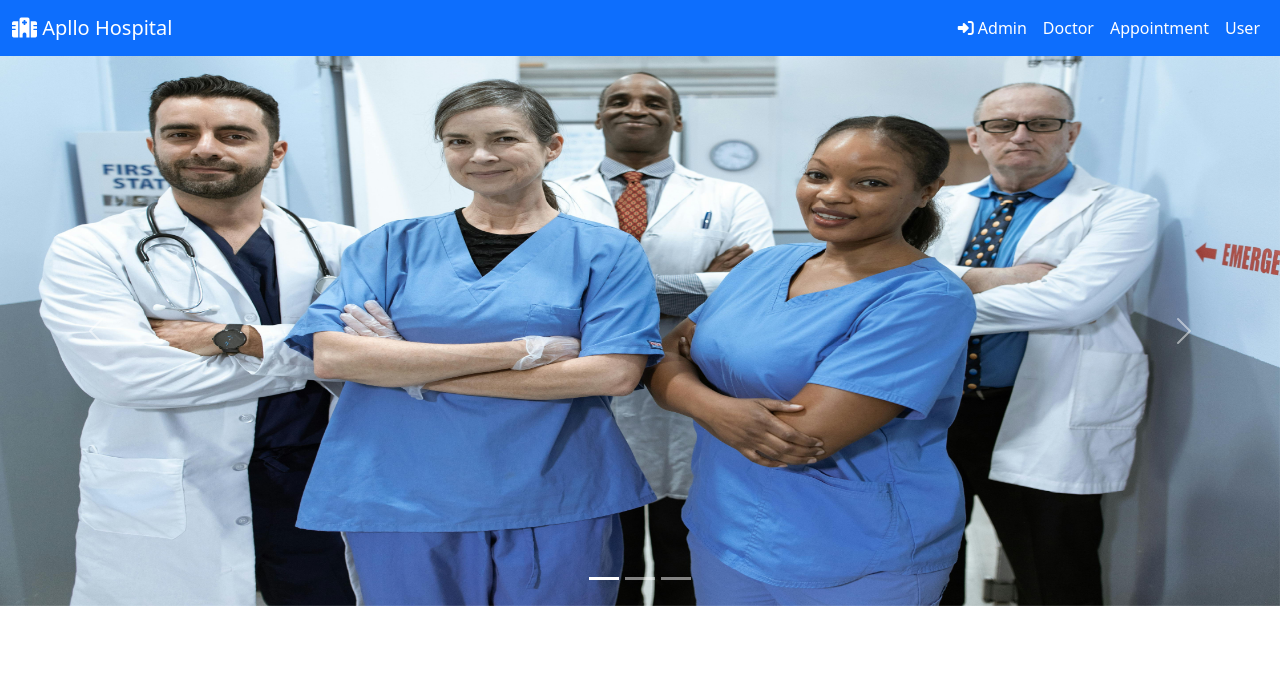
Repository: Subhadip09/Hospital-Management-System
Page: http://localhost/Hospital-Management-System/
An editor plug-in stored every save of this project. The page is shown before and after the next save, followed by the edit.
The browser window is 1280 px wide. The pictures show the whole page.
The page is served by Tomcat 9. Other server files are loaded and not shown.

Above is the page before, as saved 2024-04-05 17:09:38.

### Hospital-Management-System/src/main/webapp/index.jsp
<%@ page language="java" contentType="text/html; charset=UTF-8"
	pageEncoding="UTF-8"%>
<!DOCTYPE html>
<html>
<head>
<meta charset="UTF-8">
<title>Index Page</title>
<%@include file="component/allcss.jsp"%>
</head>
<body>
	<%@include file="component/navbar.jsp"%>
	<div id="carouselExampleIndicators" class="carousel slide">
		<div class="carousel-indicators">
			<button type="button" data-bs-target="#carouselExampleIndicators"
				data-bs-slide-to="0" class="active" aria-current="true"
				aria-label="Slide 1"></button>
			<button type="button" data-bs-target="#carouselExampleIndicators"
				data-bs-slide-to="1" aria-label="Slide 2"></button>
			<button type="button" data-bs-target="#carouselExampleIndicators"
				data-bs-slide-to="2" aria-label="Slide 3"></button>
		</div>
		<div class="carousel-inner">
			<div class="carousel-item active">
				<img src="img/hos1.jpg" class="d-block w-100" alt="..." width="500px" height="550px">
			</div>
			<div class="carousel-item">
				<img src="img/hos2.jpg" class="d-block w-100" alt="..." height="560px">
			</div>
			<div class="carousel-item">
				<img src="img/hos3.jpg" class="d-block w-100" alt="..." height="560px">
			</div>
		</div>
		<button class="carousel-control-prev" type="button"
			data-bs-target="#carouselExampleIndicators" data-bs-slide="prev">
			<span class="carousel-control-prev-icon" aria-hidden="true"></span> <span
				class="visually-hidden">Previous</span>
		</button>
		<button class="carousel-control-next" type="button"
			data-bs-target="#carouselExampleIndicators" data-bs-slide="next">
			<span class="carousel-control-next-icon" aria-hidden="true"></span> <span
				class="visually-hidden">Next</span>
		</button>
	</div>

</body>
</html>

### Hospital-Management-System/src/main/webapp/component/allcss.jsp
<link
	href="https://cdn.jsdelivr.net/npm/bootstrap@5.3.3/dist/css/bootstrap.min.css"
	rel="stylesheet"
	integrity="sha384-QWTKZyjpPEjISv5WaRU9OFeRpok6YctnYmDr5pNlyT2bRjXh0JMhjY6hW+ALEwIH"
	crossorigin="anonymous">

<link rel="stylesheet"
	href="https://cdnjs.cloudflare.com/ajax/libs/font-awesome/6.5.2/css/all.min.css"
	integrity="sha512-SnH5WK+bZxgPHs44uWIX+LLJAJ9/2PkPKZ5QiAj6Ta86w+fsb2TkcmfRyVX3pBnMFcV7oQPJkl9QevSCWr3W6A=="
	crossorigin="anonymous" referrerpolicy="no-referrer" />

<script
	src="https://cdn.jsdelivr.net/npm/bootstrap@5.3.3/dist/js/bootstrap.bundle.min.js"
	integrity="sha384-YvpcrYf0tY3lHB60NNkmXc5s9fDVZLESaAA55NDzOxhy9GkcIdslK1eN7N6jIeHz"
	crossorigin="anonymous"></script>

### Hospital-Management-System/src/main/webapp/component/navbar.jsp
<nav class="navbar navbar-expand-lg navbar-dark bg-primary">
	<div class="container-fluid">
		<a class="navbar-brand" href="index.jsp"><i class="fa-solid fa-hospital"></i> Apllo Hospital</a>
		<button class="navbar-toggler" type="button" data-bs-toggle="collapse"
			data-bs-target="#navbarSupportedContent"
			aria-controls="navbarSupportedContent" aria-expanded="false"
			aria-label="Toggle navigation">
			<span class="navbar-toggler-icon"></span>
		</button>
		<div class="collapse navbar-collapse" id="navbarSupportedContent">
			<ul class="navbar-nav ms-auto mb-2 mb-lg-0">

				<li class="nav-item"><a class="nav-link active"
					aria-current="page" href="admin_login.jsp"><i class="fa-solid fa-right-to-bracket"></i> Admin</a></li>

				<li class="nav-item"><a class="nav-link active"
					aria-current="page" href="doctor_login.jsp">Doctor</a></li>

				<li class="nav-item"><a class="nav-link active"
					aria-current="page" href="#">Appointment</a></li>

				<li class="nav-item"><a class="nav-link active"
					aria-current="page" href="user_login.jsp">User</a></li>


				<!-- <li class="nav-item dropdown"><a
					class="nav-link dropdown-toggle" href="#" role="button"
					data-bs-toggle="dropdown" aria-expanded="false"> Dropdown </a>
					<ul class="dropdown-menu">
						<li><a class="dropdown-item" href="#">Action</a></li>
						<li><a class="dropdown-item" href="#">Another action</a></li>
						<li><hr class="dropdown-divider"></li>
						<li><a class="dropdown-item" href="#">Something else here</a></li>
					</ul></li> -->


			</ul>
		</div>
	</div>
</nav>

After the next save:
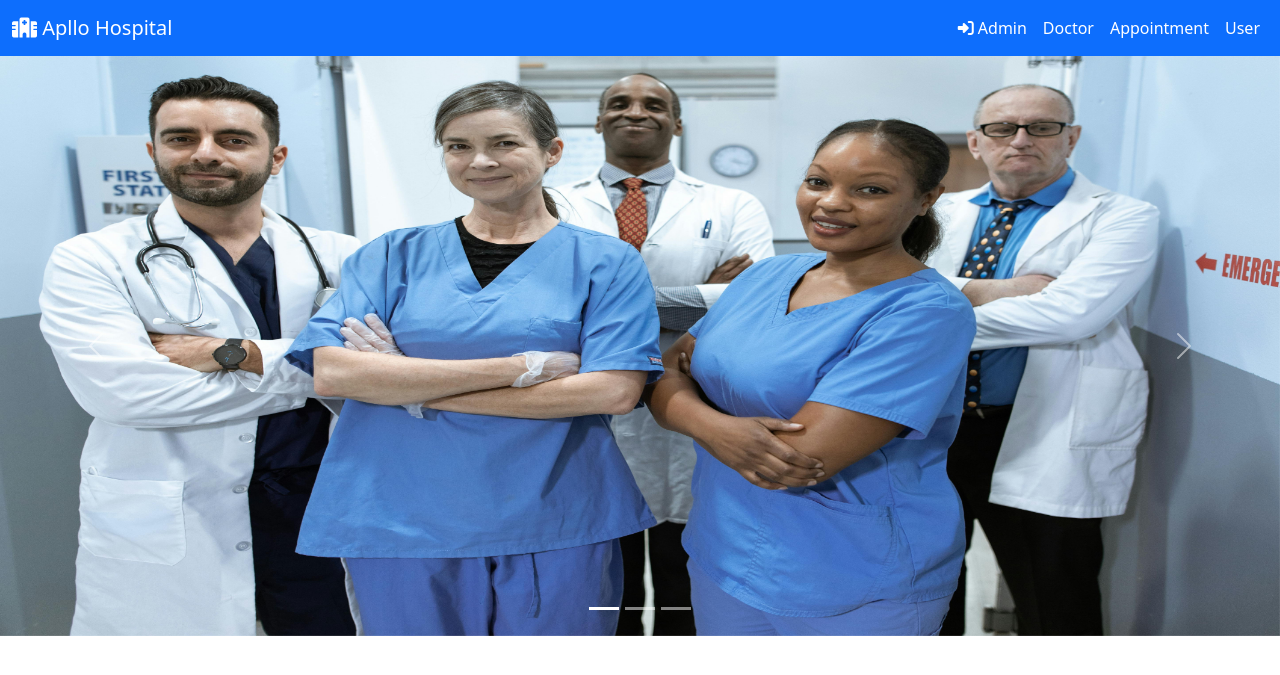
Saved 50 s later.
--- a/Hospital-Management-System/src/main/webapp/index.jsp
+++ b/Hospital-Management-System/src/main/webapp/index.jsp
@@ -21,13 +21,13 @@
 		</div>
 		<div class="carousel-inner">
 			<div class="carousel-item active">
-				<img src="img/hos1.jpg" class="d-block w-100" alt="..." width="500px" height="550px">
+				<img src="img/hos1.jpg" class="d-block w-100" alt="..." height="580px">
 			</div>
 			<div class="carousel-item">
-				<img src="img/hos2.jpg" class="d-block w-100" alt="..." height="560px">
+				<img src="img/hos2.jpg" class="d-block w-100" alt="..." height="580px">
 			</div>
 			<div class="carousel-item">
-				<img src="img/hos3.jpg" class="d-block w-100" alt="..." height="560px">
+				<img src="img/hos3.jpg" class="d-block w-100" alt="..." height="580px">
 			</div>
 		</div>
 		<button class="carousel-control-prev" type="button"
